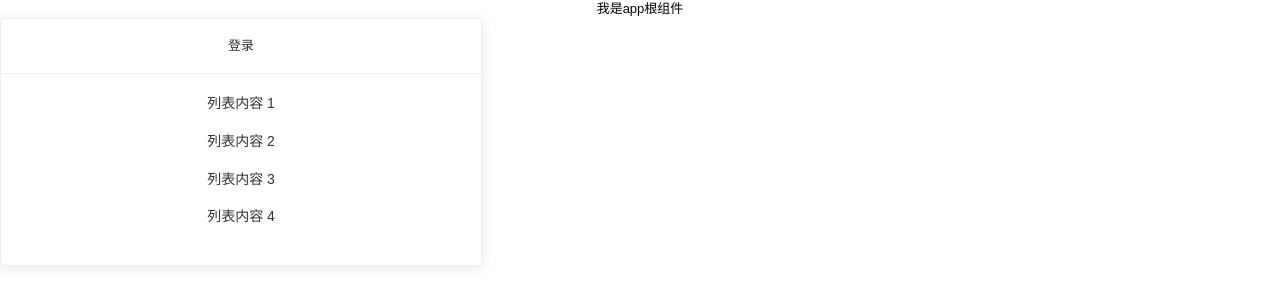
Repository: wuder-jie/Manager-System
Page: /
These files come from the project's save history. The page is drawn as it stood at one moment and after a run of saves; the edit follows.
The browser window is 1280 px wide. The pictures show the whole page.
The project was rebuilt for these pictures with package versions that can differ from the ones it lists, and the page was loaded fresh each time. Also part of the build but not shown: vue.config.js.

Above is the page before, as saved 2022-11-26 15:24:30.

### src/main.js
import Vue from "vue";
import App from "./App.vue";
import ElementUI from "element-ui";
import "element-ui/lib/theme-chalk/index.css";
// 引入reset样式重置文件。
import "@/assets/css/reset.css";
// 引入图标样式
import "font-awesome/css/font-awesome.min.css";
// 引入axios
import axios from "axios";
// 引入路由器
import router from "@/router";
// 把axios挂载到原型，所有的vc都可访问。
Vue.prototype.axios = axios;
Vue.config.productionTip = false;
Vue.use(ElementUI);

new Vue({ router, render: (h) => h(App) }).$mount("#app");

### src/App.vue
<template>
  <div id="app">
    <h3>我是app根组件</h3>
    <router-view></router-view>
  </div>
</template>

<script>
export default {
  name: "app",
  data() {
    return {};
  },
  components: {},
  methods: {},
};
</script>
<style lang="scss">
.suc {
  background-color: red;
}
</style>

### src/assets/css/reset.css
body {
  font-family:arial,helvetica,sans-serif;
  font-size:13px;
  font-size-adjust:none;
  font-stretch:normal;
  font-style:normal;
  font-variant:normal;
  font-weight:normal;
  line-height:1.4;
  text-align:center;
  }
  body, ul, ol, dl, dd, h1, h2, h3, h4, h5, h6, p, form, fieldset, legend, input, textarea, select, button, th, td {
  margin:0;
  padding:0;
  }
  h1, h2, h3, h4, h5, h6 {
  font-size:100%;
  font-weight:normal;
  }
  table {
  font-size:inherit;
  }
  input, select {
  font-family:arial,helvetica,clean,sans-serif;
  font-size:100%;
  font-size-adjust:none;
  font-stretch:normal;
  font-style:normal;
  font-variant:normal;
  font-weight:normal;
  line-height:normal;
  }
  button {
  overflow:visible;
  }
  th, em, strong, b, address, cite {
  font-style:normal;
  font-weight:normal;
  }
  li {
  list-style-image:none;
  list-style-position:outside;
  list-style-type:none;
  }
  img, fieldset {
  border:0 none;
  }
  ins {
  text-decoration:none;
  }

### src/router/index.js
import Vue from "vue";
import Router from "vue-router";
Vue.use(Router);
const routes = [
  {
    path: "/",
    redirect: "/login",
  },
  {
    name: "login",
    path: "/login",
    // 路由懒加载
    component: () => import("@/pages/login"),
  },
  {
    name: "home",
    path: "/home",
    // 路由懒加载
    component: () => import("@/pages/home"),
    // 异步组件
    // component: (resolve) => require(["@/pages/home"], resolve),
  },
];

const router = new Router({
  mode: "history",
  routes,
});
export default router;

### src/pages/login/index.vue
<template>
  <div id="login">
    <el-card class="box-card">
      <div slot="header" class="clearfix">
        <span>登录</span>
      </div>
      <div v-for="o in 4" :key="o" class="text item">
        {{ "列表内容 " + o }}
      </div>
    </el-card>
  </div>
</template>

<script>
export default {
  name: "LoginItem",
  data() {
    return {};
  },
  components: {},
  methods: {},
};
</script>
<style lang="scss">
#login {
  .text {
    font-size: 14px;
  }

  .item {
    margin-bottom: 18px;
  }

  .clearfix:before,
  .clearfix:after {
    display: table;
    content: "";
  }
  .clearfix:after {
    clear: both;
  }

  .box-card {
    width: 480px;
  }
}
</style>

Loaded but not shown: public/index.html (common file)

After the next 2 saves:
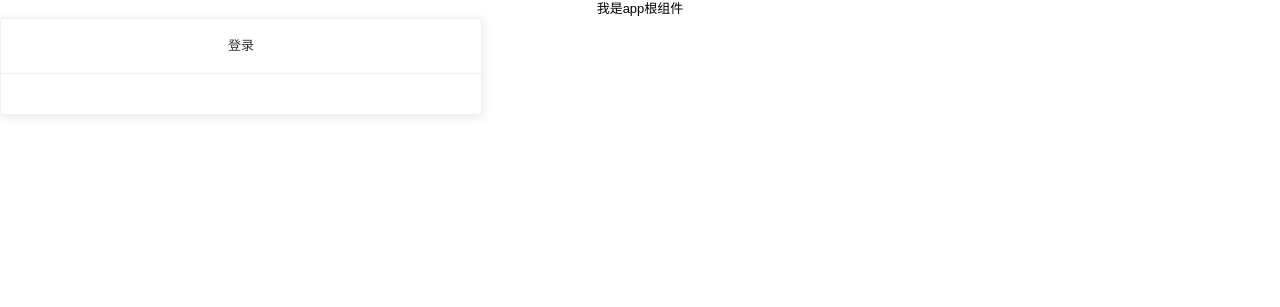
The 2 saves are shown as one change because they came seconds apart.
The last was saved 28 s later.
--- a/src/pages/login/index.vue
+++ b/src/pages/login/index.vue
@@ -3,9 +3,6 @@
     <el-card class="box-card">
       <div slot="header" class="clearfix">
         <span>登录</span>
-      </div>
-      <div v-for="o in 4" :key="o" class="text item">
-        {{ "列表内容 " + o }}
       </div>
     </el-card>
   </div>
